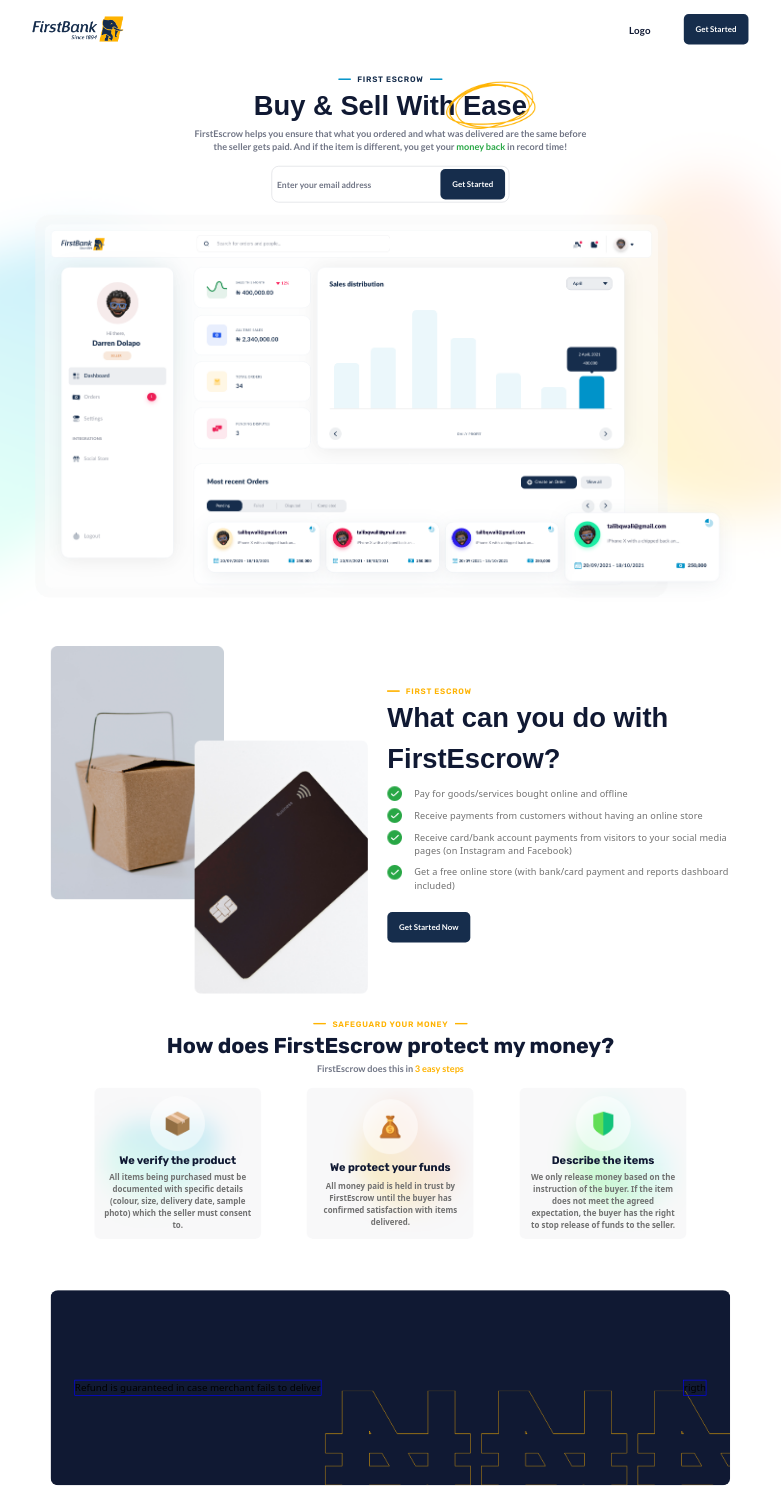
Repository: Pepperest-dev/First_Escrow_Home
Page: index.html
These files come from the project's save history. The page is drawn as it stood at one moment and after the next save; the edit follows.
The browser window is 1280 px wide. The pictures show the whole page, at 61% of full size.

Above is the page before, as saved 2021-09-26 16:26:40.

After the next save:
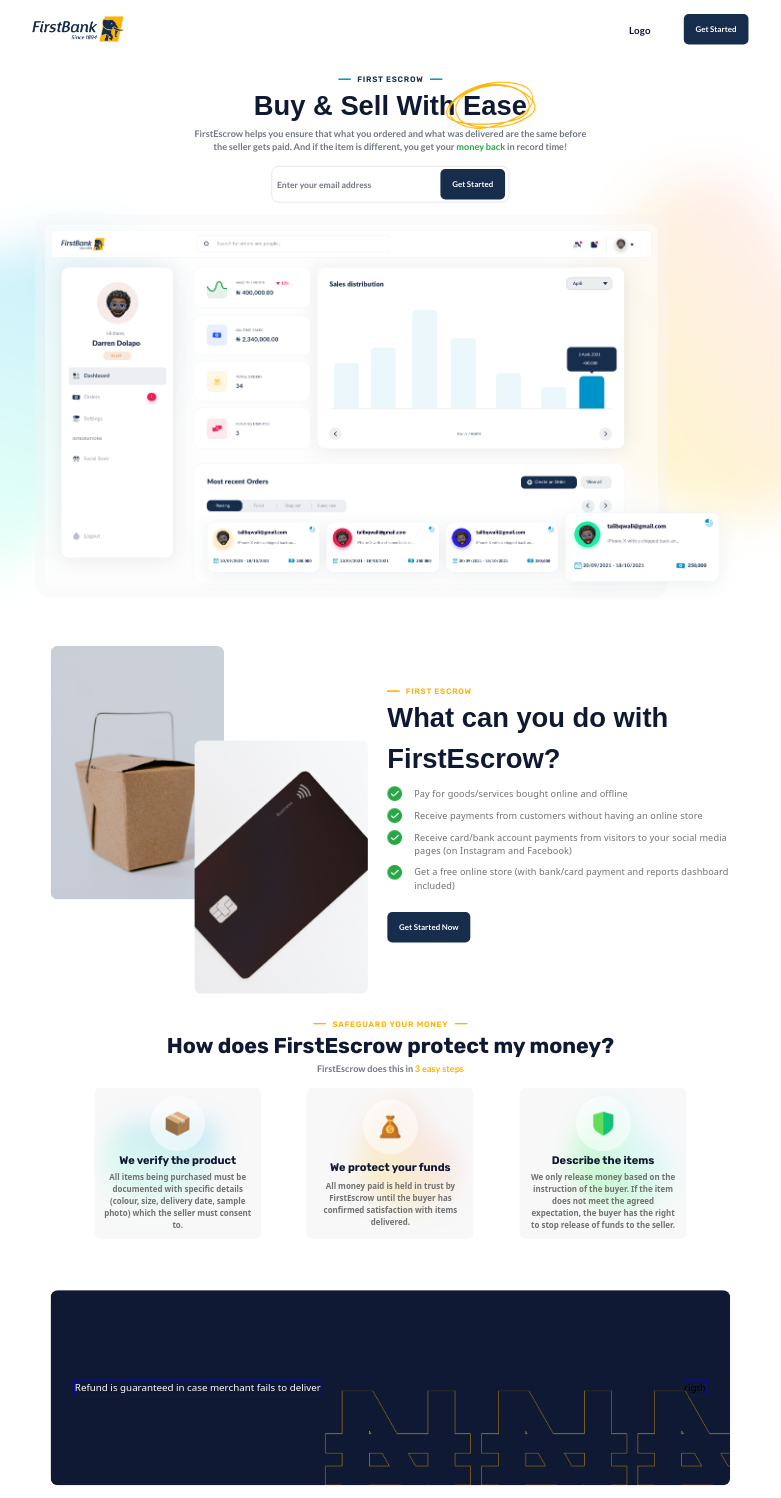
Saved 17 s later.
--- a/index.html
+++ b/index.html
@@ -210,7 +210,9 @@
         "
       >
         <div class="outline">
-            <h1 class="">Refund is guaranteed in case merchant fails to deliver</h1>
+          <h1 class="text-white">
+            Refund is guaranteed in case merchant fails to deliver
+          </h1>
         </div>
         <div class="outline">rigth</div>
       </section>
